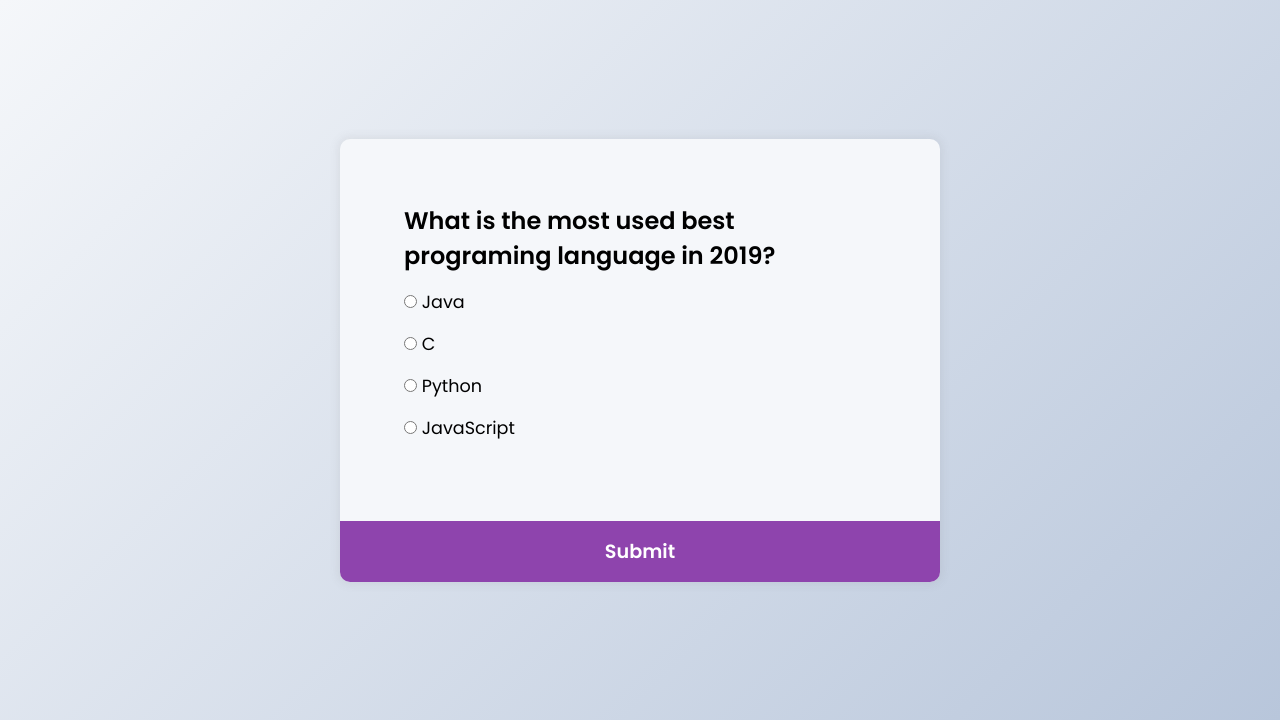
Repository: sevilgenysf/javascript-two
Page: index.html
An editor plug-in stored every save of this project. The page is shown before and after the next save, followed by the edit.
The browser window is 1280 px wide. The pictures show the whole page.
After loading, the first visible `#submit` was clicked once.

Above is the page before, as saved 2022-02-27 16:40:11.

### index.html
<!DOCTYPE html>
<html lang="en">

<head>
	<meta charset="UTF-8">
	<meta http-equiv="X-UA-Compatible" content="IE=edge">
	<meta name="viewport" content="width=device-width, initial-scale=1.0">
	<link rel="stylesheet" href="./style.css">
	<script src="./index.js" defer></script>
	<title>javascript Day two</title>
</head>

<body>
	<div>
		<div class="quiz-container">
			<div class="quiz-header">
				<h2 id="question">Question text</h2>
				<ul>
					<li>
						<input type="radio" id="a" name="answer" class="answer">
						<label id="a_text" for="a">Question</label>
					</li>
				</ul>
				<ul>
					<li>
						<input type="radio" id="b" name="answer" class="answer">
						<label id="b_text" for="b">Question</label>
					</li>
				</ul>
				<ul>
					<li>
						<input type="radio" id="c" name="answer" class="answer">
						<label id="c_text" for="c">Question</label>
					</li>
				</ul>
				<ul>
					<li>
						<input type="radio" id="d" name="answer" class="answer">
						<label id="d_text" for="d">Question</label>
					</li>
				</ul>
			</div>
			<button id="submit">Submit</button>
		</div>
	</div>
</body>

</html>

### style.css
@import url('https://fonts.googleapis.com/css2?family=Poppins:wght@400;600&family=Roboto:ital,wght@0,300;0,400;0,700;1,500&display=swap');

* {
	margin: 0;
	padding: 0;
	box-sizing: border-box;
}

body {
	display: flex;
	justify-content: center;
	align-items: center;
	background-color: #b8c6db;
	background-image: linear-gradient(315deg, #b8c6db 0%, #f5f7fa 100%);
	font-family: 'Poppins', sans-serif;
	min-height: 100vh;
}

.quiz-container {
	background-color: #f5f7fa;
	width: 600px;
	border-radius: 10px;
	box-shadow: 0 0 10px 2px rgba(100, 100, 100, 0.1);
	max-width: 100%;
	overflow: hidden;
}

.quiz-header {
	padding: 4rem;
}

ul {
	list-style: none;
	padding: 0;
}

ul li {
	cursor: pointer;
	font-size: 1.1rem;
	margin: 1rem 0;
}

ul li label {
	cursor: pointer;
	user-select: none;
}

h2 {
	margin: 0;
}

button {
	background-color: #8e44ad;
	width: 100%;
	padding: 1rem;
	color: #fff;
	font-family: inherit;
	border: none;
	cursor: pointer;
	font-size: 1.2rem;
	font-weight: 600;
	transition: all 0.2s ease-in-out;
}

button:hover {
	background-color: #732d91;
}

### index.js
const quizData = [
	{
		question: 'How old are you?',
		a: '25',
		b: '26',
		c: '27',
		d: '28',
		currect: 'c'
	},
	{
		question: 'What is the most used best programing language in 2019?',
		a: 'Java',
		b: 'C',
		c: 'Python',
		d: 'JavaScript',
		currect: 'a'
	},
	{
		question: 'who is he President of USA?',
		a: 'Trump',
		b: 'Obama',
		c: 'Bush',
		d: 'Clinton',
		currect: 'b'
	},
	{
		question: 'What does HTML stand for?',
		a: 'Hyper Text Markup Language',
		b: 'Cascading style sheet',
		c: 'Jason Object Notation',
		d: 'Aplication Type Markup Language',
		currect: 'a'
	},
	{
		question: 'What year was javaScript launched?',
		a: '1995',
		b: '1996',
		c: '1997',
		d: 'none of the above',
		currect: 'd'
	}
];

const questionEl = document.getElementById('question');
const a_text = document.getElementById('a_text');
const b_text = document.getElementById('b_text');
const c_text = document.getElementById('c_text');
const d_text = document.getElementById('d_text');
const submitBtn = document.getElementById('submit');

let currentQuiz = 0;
let answer = undefined;

loadQuiz();

function loadQuiz() {
	const currentQuizData = quizData[currentQuiz];

	questionEl.innerText = currentQuizData.question;
	a_text.innerText = currentQuizData.a;
	b_text.innerText = currentQuizData.b;
	c_text.innerText = currentQuizData.c;
	d_text.innerText = currentQuizData.d;
}

function getSelected() {
	const answersEls = document.querySelectorAll('.answer');

	answersEls.forEach((answer) => {
		if (answer.checked) {
		} else {
		}
	});
}

submitBtn.addEventListener('click', () => {
	getSelected();
	currentQuiz++;
	if (currentQuiz < quizData.length) {
		loadQuiz();
	} else {
		alert('You finished! Get yourself an Orange Lemonade!');
	}
});

After the next save:
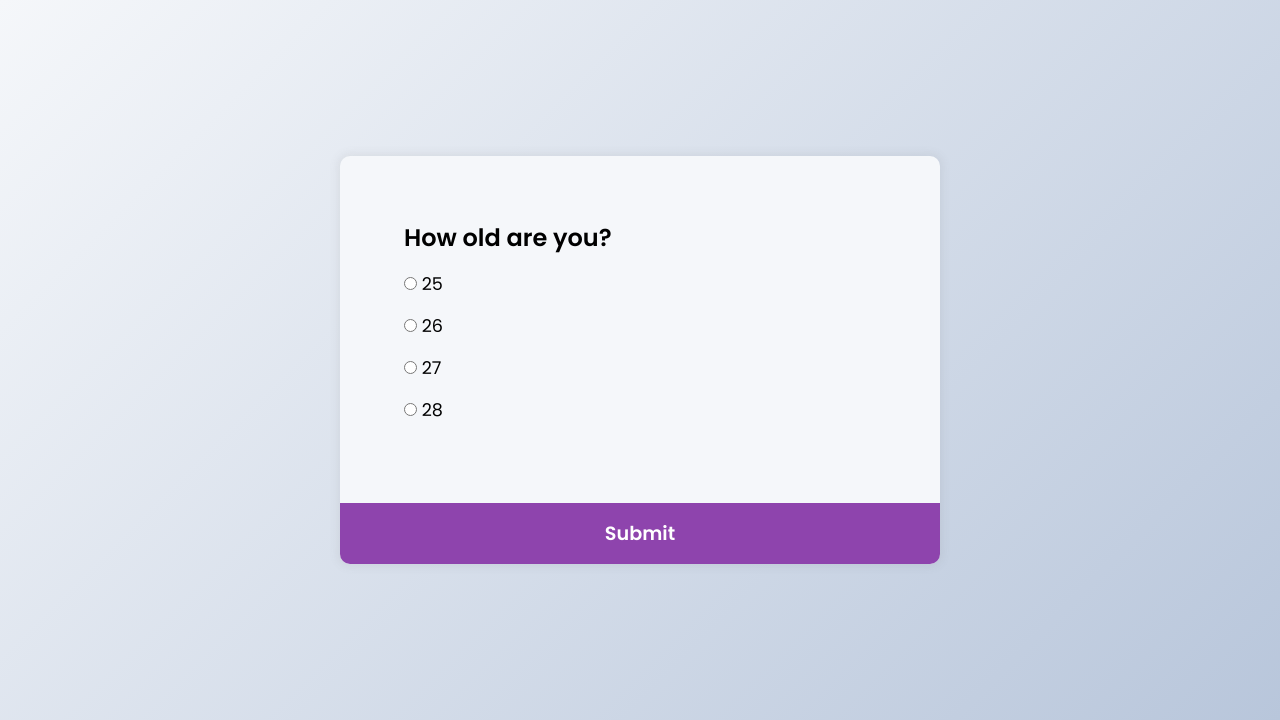
Console error: TypeError: Cannot read properties of undefined (reading 'checked')
Saved 12 s later.
--- a/index.js
+++ b/index.js
@@ -66,7 +66,7 @@
 function getSelected() {
 	const answersEls = document.querySelectorAll('.answer');
 
-	answersEls.forEach((answer) => {
+	answersEls.forEach((answerEl) => {
 		if (answer.checked) {
 		} else {
 		}

After the save that followed:
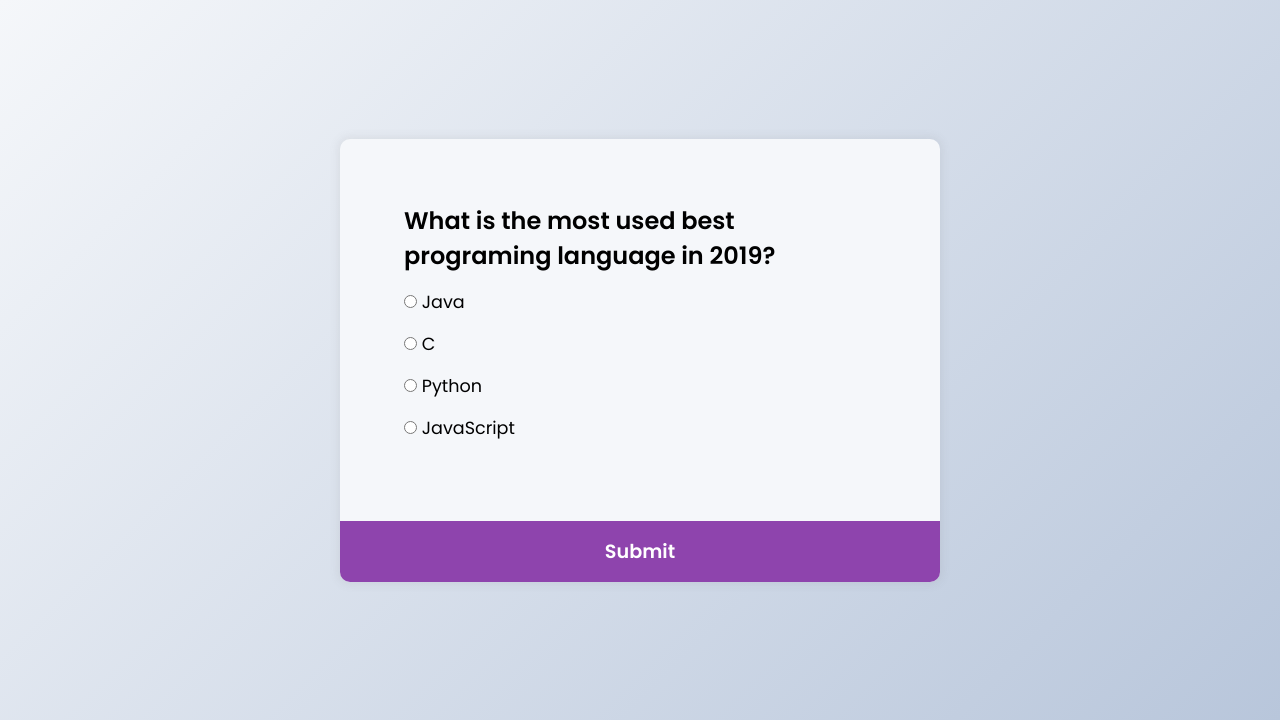
The error is gone.
Saved 7 s later.
--- a/index.js
+++ b/index.js
@@ -67,7 +67,7 @@
 	const answersEls = document.querySelectorAll('.answer');
 
 	answersEls.forEach((answerEl) => {
-		if (answer.checked) {
+		if (answerEl.checked) {
 		} else {
 		}
 	});
